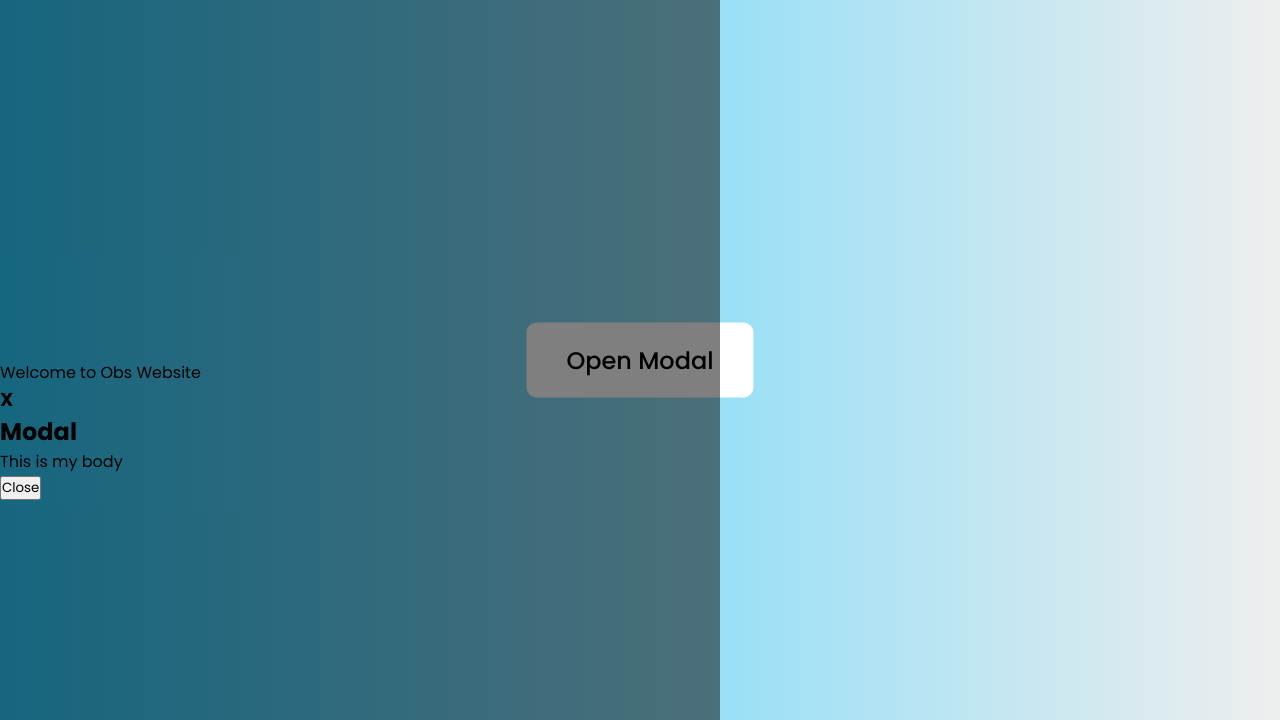
Repository: lausamtuong/Modal_card
Page: index.html
An editor plug-in stored every save of this project. The page is shown before and after the next save, followed by the edit.
The browser window is 1280 px wide. The pictures show the whole page.
The style sheet was rebuilt from its Sass, Less or Tailwind sources for each picture, by a compiler version that may differ from the author's.

Above is the page before, as saved 2021-12-15 06:50:22.

### index.html
<!DOCTYPE html>
<html lang="en">
<head>
    <meta charset="UTF-8">
    <meta http-equiv="X-UA-Compatible" content="IE=edge">
    <meta name="viewport" content="width=device-width, initial-scale=1.0">
    <link rel="stylesheet" href="style.css">
    <link href="https://fonts.googleapis.com/css2?family=Poppins:wght@400;500;700&display=swap" rel="stylesheet">
    <title>Document</title>
</head>
<body>
    <button class="open__btn">Open Modal</button>
    <div class="modal">
        <div class="modal__inner">
            <div class="modal__header">
                <p>Welcome to Obs Website</p>
                <h3>X</h3>
            </div>
            <div class="modal__body">
                <h2>Modal</h2>
                <p>This is my body</p>
            </div>
            <div class="modal__footer">
                <button class="modal__close-btn">Close</button>
            </div>
        </div>
    </div>
</body>
</html>

### style.scss
*{
    margin: 0;
    padding: 0;
    box-sizing: border-box;
    font-family: 'Poppins', sans-serif;
}
body{
    height: 100vh;
    background:  linear-gradient( to right,#2cccff ,#eee );;
}
.open__btn{
     position: relative;;
   top:50%;
   left:50%;
   transform: translate(-50%,-50%);
   outline: none;
   border: none;
   padding : 20px 40px;
   font-weight: 500;
   font-size: 1.5rem;
   border-radius: 10px;
   background-color:#fff;
   &:hover{
      opacity: 0.7;
       cursor: pointer;
       transition: 0.5s;
   }
}
.modal{
    background-color: rgba(0,0,0,0.5);
    position:fixed;
    top:0;
    bottom:0;
    width:100vh;
    &__inner{
        position:relative;
        top:50%;
        margin :0 auto;
    }
}

After the next save:
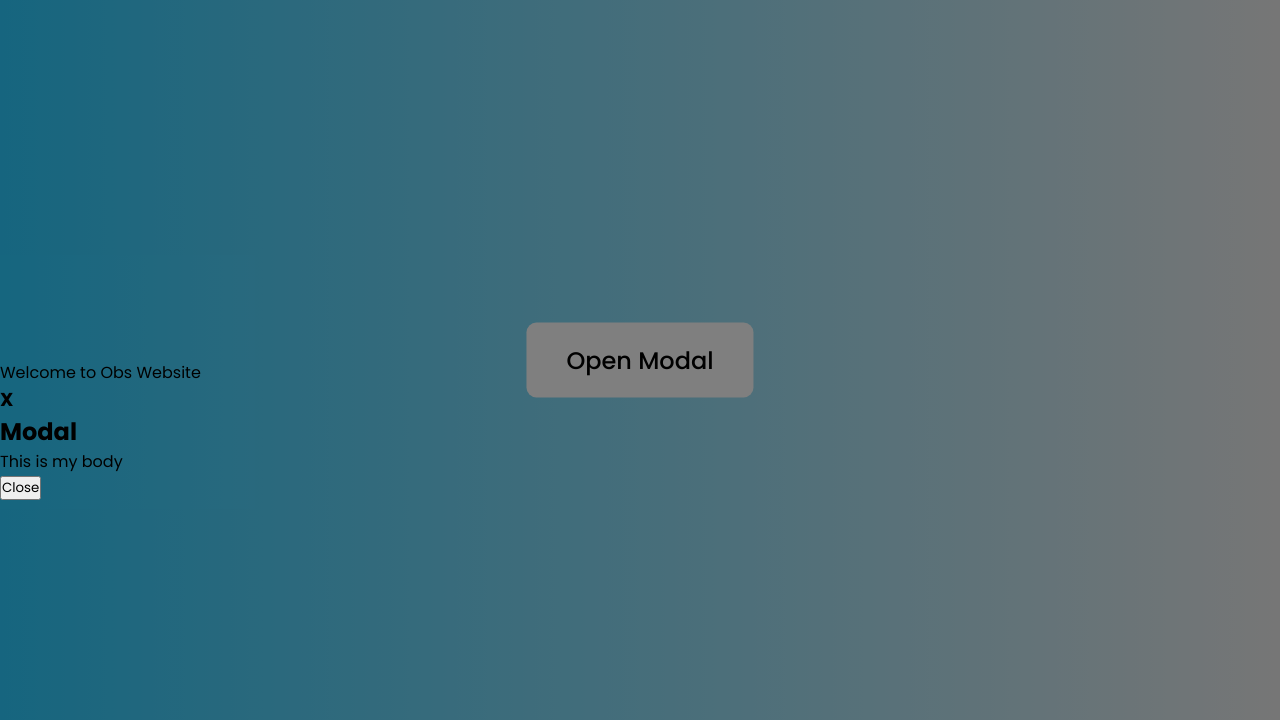
Saved 8 s later.
--- a/style.scss
+++ b/style.scss
@@ -31,7 +31,7 @@ body{
     position:fixed;
     top:0;
     bottom:0;
-    width:100vh;
+    width:100vw;
     &__inner{
         position:relative;
         top:50%;
